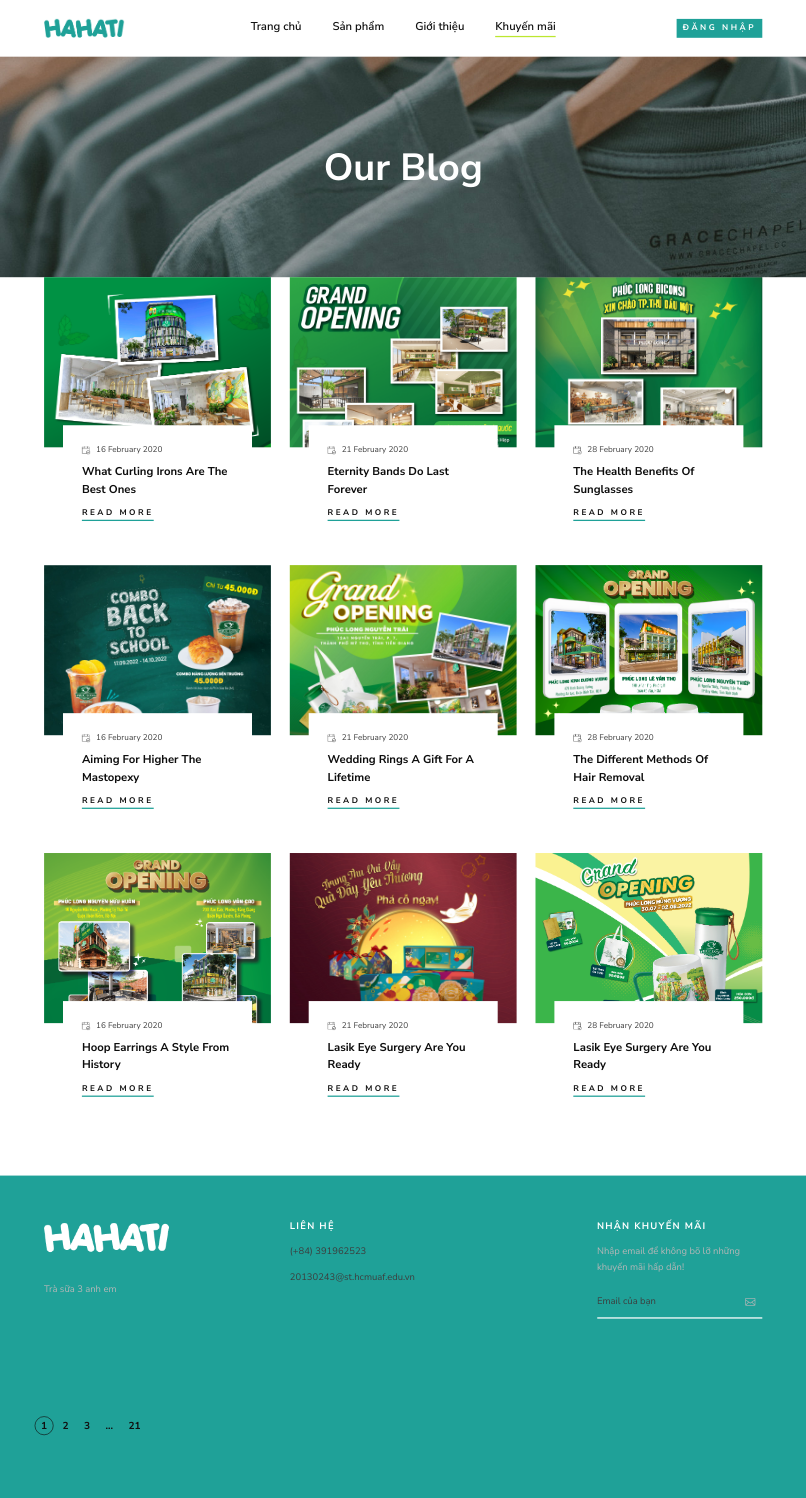
Repository: letrongtinh27/template
Page: blog.html
These files come from the project's save history. The page is drawn as it stood at one moment and after the next save; the edit follows.
The browser window is 1280 px wide. The pictures show the whole page, at 63% of full size.

Above is the page before, as saved 2022-10-25 18:53:41.

### blog.html
<!DOCTYPE html>
<html lang="zxx">
  <head>
    <meta charset="UTF-8" />
    <meta name="description" content="Male_Fashion Template" />
    <meta name="keywords" content="Male_Fashion, unica, creative, html" />
    <meta name="viewport" content="width=device-width, initial-scale=1.0" />
    <meta http-equiv="X-UA-Compatible" content="ie=edge" />
    <title>HAHATI | Tài khoản</title>

    <!-- Google Font -->
    <link
      href="https://fonts.googleapis.com/css2?family=Nunito+Sans:wght@300;400;600;700;800;900&display=swap"
      rel="stylesheet"
    />

    <!-- Css Styles -->
    <link rel="stylesheet" href="css/bootstrap.min.css" type="text/css" />
    <link rel="stylesheet" href="css/font-awesome.min.css" type="text/css" />
    <link
      rel="stylesheet"
      href="https://cdnjs.cloudflare.com/ajax/libs/font-awesome/6.2.0/css/all.min.css"
      integrity="sha512-xh6O/CkQoPOWDdYTDqeRdPCVd1SpvCA9XXcUnZS2FmJNp1coAFzvtCN9BmamE+4aHK8yyUHUSCcJHgXloTyT2A=="
      crossorigin="anonymous"
      referrerpolicy="no-referrer"
    />
    <link rel="stylesheet" href="css/elegant-icons.css" type="text/css" />
    <link rel="stylesheet" href="css/magnific-popup.css" type="text/css" />
    <link rel="stylesheet" href="css/nice-select.css" type="text/css" />
    <link rel="stylesheet" href="css/owl.carousel.min.css" type="text/css" />
    <link rel="stylesheet" href="css/slicknav.min.css" type="text/css" />
    <link rel="stylesheet" href="css/style.css" type="text/css" />
  </head>

  <body>
    <!-- Page Preloder -->
    <div id="preloder">
      <div class="loader"></div>
    </div>

    <!-- Offcanvas Menu Begin -->
    <div class="offcanvas-menu-overlay"></div>
    <div class="offcanvas-menu-wrapper">
      <div class="offcanvas__option">
        <div class="offcanvas__links">
          <a href="#">Sign in</a>
        </div>
      </div>
      <div class="offcanvas__nav__option">
        <a href="#" class="search-switch"
          ><img src="img/icon/search.png" alt=""
        /></a>
        <a href="#"><img src="img/icon/heart.png" alt="" /></a>
        <a href="#"><img src="img/icon/cart.png" alt="" /> <span>0</span></a>
        <div class="price">$0.00</div>
      </div>
      <div id="mobile-menu-wrap"></div>
    </div>
    <!-- Offcanvas Menu End -->

    <!-- Header Section Begin -->
    <header class="header">
      <div class="container">
        <div class="row">
          <div class="col-lg-3 col-md-3">
            <div class="header__logo">
              <a href="./index.html"
                ><img class="logo-small" src="img/logo.png" alt=""
              /></a>
            </div>
          </div>
          <div class="col-lg-6 col-md-6">
            <nav class="header__menu mobile-menu">
              <ul>
                <li><a href="./index.html">Trang chủ</a></li>
                <li class=""><a href="./shop.html">Sản phẩm</a></li>
                <li class=""><a href="#">Giới thiệu</a></li>
                <li class="active"><a href="./blog.html">Khuyến mãi</a></li>
              </ul>
            </nav>
          </div>
          <div class="col-lg-3 col-md-3">
            <div class="header__nav__option">
              <a href="#" class="primary-btn login-btn">Đăng nhập</a>
            </div>
          </div>
        </div>
        <div class="canvas__open"><i class="fa fa-bars"></i></div>
      </div>
    </header>
    <!-- Header Section End -->

    <!-- Breadcrumb Section Begin -->
    <!-- <section class="breadcrumb-option">
      <div class="container">
        <div class="row">
          <div class="col-lg-12">
            <div class="breadcrumb__text">
              <h4>Tài khoản</h4>
              <div class="breadcrumb__links">
                <a href="./index.html">Trang chủ</a>
                <span>Tài khoản</span>
              </div>
            </div>
          </div>
        </div>
      </div>
    </section> -->
    <section class="breadcrumb-blog set-bg" data-setbg="img/breadcrumb-bg.jpg">
      <div class="container">
          <div class="row">
              <div class="col-lg-12">
                  <h2>Our Blog</h2>
              </div>
          </div>
      </div>
  </section>
    <!-- Breadcrumb Section End -->

    <!-- Shopping Cart Section Begin -->
    <section class="blog">
      <div class="container">
        <div class="row">
            <div class="col-lg-4 col-md-6 col-sm-6">
                <div class="blog__item">
                    <div class="blog__item__pic set-bg" data-setbg="img/blog/blog-1.jpg"></div>
                    <div class="blog__item__text">
                        <span><img src="img/icon/calendar.png" alt=""> 16 February 2020</span>
                        <h5>What Curling Irons Are The Best Ones</h5>
                        <a href="#">Read More</a>
                    </div>
                </div>
            </div>
            <div class="col-lg-4 col-md-6 col-sm-6">
                <div class="blog__item">
                    <div class="blog__item__pic set-bg" data-setbg="img/blog/blog-2.jpg"></div>
                    <div class="blog__item__text">
                        <span><img src="img/icon/calendar.png" alt=""> 21 February 2020</span>
                        <h5>Eternity Bands Do Last Forever</h5>
                        <a href="#">Read More</a>
                    </div>
                </div>
            </div>
            <div class="col-lg-4 col-md-6 col-sm-6">
                <div class="blog__item">
                    <div class="blog__item__pic set-bg" data-setbg="img/blog/blog-3.jpg"></div>
                    <div class="blog__item__text">
                        <span><img src="img/icon/calendar.png" alt=""> 28 February 2020</span>
                        <h5>The Health Benefits Of Sunglasses</h5>
                        <a href="#">Read More</a>
                    </div>
                </div>
            </div>
            <div class="col-lg-4 col-md-6 col-sm-6">
                <div class="blog__item">
                    <div class="blog__item__pic set-bg" data-setbg="img/blog/blog-4.jpg"></div>
                    <div class="blog__item__text">
                        <span><img src="img/icon/calendar.png" alt=""> 16 February 2020</span>
                        <h5>Aiming For Higher The Mastopexy</h5>
                        <a href="#">Read More</a>
                    </div>
                </div>
            </div>
            <div class="col-lg-4 col-md-6 col-sm-6">
                <div class="blog__item">
                    <div class="blog__item__pic set-bg" data-setbg="img/blog/blog-5.jpg"></div>
                    <div class="blog__item__text">
                        <span><img src="img/icon/calendar.png" alt=""> 21 February 2020</span>
                        <h5>Wedding Rings A Gift For A Lifetime</h5>
                        <a href="#">Read More</a>
                    </div>
                </div>
            </div>
            <div class="col-lg-4 col-md-6 col-sm-6">
                <div class="blog__item">
                    <div class="blog__item__pic set-bg" data-setbg="img/blog/blog-6.jpg"></div>
                    <div class="blog__item__text">
                        <span><img src="img/icon/calendar.png" alt=""> 28 February 2020</span>
                        <h5>The Different Methods Of Hair Removal</h5>
                        <a href="#">Read More</a>
                    </div>
                </div>
            </div>
            <div class="col-lg-4 col-md-6 col-sm-6">
                <div class="blog__item">
                    <div class="blog__item__pic set-bg" data-setbg="img/blog/blog-7.jpg"></div>
                    <div class="blog__item__text">
                        <span><img src="img/icon/calendar.png" alt=""> 16 February 2020</span>
                        <h5>Hoop Earrings A Style From History</h5>
                        <a href="#">Read More</a>
                    </div>
                </div>
            </div>
            <div class="col-lg-4 col-md-6 col-sm-6">
                <div class="blog__item">
                    <div class="blog__item__pic set-bg" data-setbg="img/blog/blog-8.jpg"></div>
                    <div class="blog__item__text">
                        <span><img src="img/icon/calendar.png" alt=""> 21 February 2020</span>
                        <h5>Lasik Eye Surgery Are You Ready</h5>
                        <a href="#">Read More</a>
                    </div>
                </div>
            </div>
            <div class="col-lg-4 col-md-6 col-sm-6">
                <div class="blog__item">
                    <div class="blog__item__pic set-bg" data-setbg="img/blog/blog-9.jpg"></div>
                    <div class="blog__item__text">
                        <span><img src="img/icon/calendar.png" alt=""> 28 February 2020</span>
                        <h5>Lasik Eye Surgery Are You Ready</h5>
                        <a href="#">Read More</a>
                    </div>
                </div>
            </div>
        </div>
    </div>
    </section>
    <footer class="footer">
      <div class="container">
        <div class="row">
          <div class="col-lg-3 col-md-6 col-sm-6">
            <div class="footer__about">
              <div class="footer__logo">
                <a href="#"><img src="img/footer-logo.png" alt="" /></a>
              </div>
              <p>Trà sữa 3 anh em</p>
            </div>
          </div>
          <div class="col-lg-2 offset-lg-1 col-md-3 col-sm-6">
            <div class="footer__widget">
              <h6>Liên hệ</h6>
              <ul>
                <li>
                  <p>(+84) 391962523</p>
                </li>
                <li>
                  <p>20130243@st.hcmuaf.edu.vn</p>
                </li>
              </ul>
            </div>
          </div>
          <div class="col-lg-2 col-md-3 col-sm-6">
            <div class="footer__widget"></div>
          </div>
          <div class="col-lg-3 offset-lg-1 col-md-6 col-sm-6">
            <div class="footer__widget">
              <h6>Nhận khuyến mãi</h6>
              <div class="footer__newslatter">
                <p>Nhập email để không bõ lỡ những khuyến mãi hấp dẫn!</p>
                <form action="#">
                  <input type="text" placeholder="Email của bạn" />
                  <button type="submit">
                    <span class="icon_mail_alt"></span>
                  </button>
                </form>
              </div>
            </div>
          </div>
          <div class="row spad">
            <div class="col-lg-12">
                <div class="product__pagination">
                    <a class="active" href="#">1</a>
                    <a href="#">2</a>
                    <a href="#">3</a>
                    <span>...</span>
                    <a href="#">21</a>
                </div>
            </div>
        </div>
        </div>
      </div>
    </footer>
    <!-- Footer Section End -->

    <!-- Search Begin -->
    <div class="search-model">
      <div class="h-100 d-flex align-items-center justify-content-center">
        <div class="search-close-switch">+</div>
        <form class="search-model-form">
          <input type="text" id="search-input" placeholder="Search here....." />
        </form>
      </div>
    </div>
    <!-- Search End -->

    <!-- Js Plugins -->
    <script src="js/jquery-3.3.1.min.js"></script>
    <script src="js/jquery.nice-select.min.js"></script>
    <script src="js/jquery.nicescroll.min.js"></script>
    <script src="js/jquery.magnific-popup.min.js"></script>
    <script src="js/jquery.countdown.min.js"></script>
    <script src="js/jquery.slicknav.js"></script>
    <script src="js/mixitup.min.js"></script>
    <script src="js/owl.carousel.min.js"></script>
    <script src="js/main.js"></script>
    <script src="js/account/bootstrap.min.js"></script>
    <script src="assets/js/vendor/jquery-3.5.1.min.js"></script>

  </body>
</html>

Loaded but not shown: css/bootstrap.min.css (library); css/font-awesome.min.css (library); css/magnific-popup.css (library); css/nice-select.css (common file); css/owl.carousel.min.css (library); css/slicknav.min.css (common file); js/jquery-3.3.1.min.js (library); js/jquery.nice-select.min.js (common file); js/jquery.nicescroll.min.js (library); js/jquery.magnific-popup.min.js (library); js/jquery.countdown.min.js (library); js/jquery.slicknav.js (library); js/mixitup.min.js (library); js/owl.carousel.min.js (library); js/account/bootstrap.min.js (library); assets/js/vendor/jquery-3.5.1.min.js (library); js/main.js (216 lines, source omitted); css/style.css (3856 lines, source omitted); css/elegant-icons.css (1157 lines, source omitted)

After the next save:
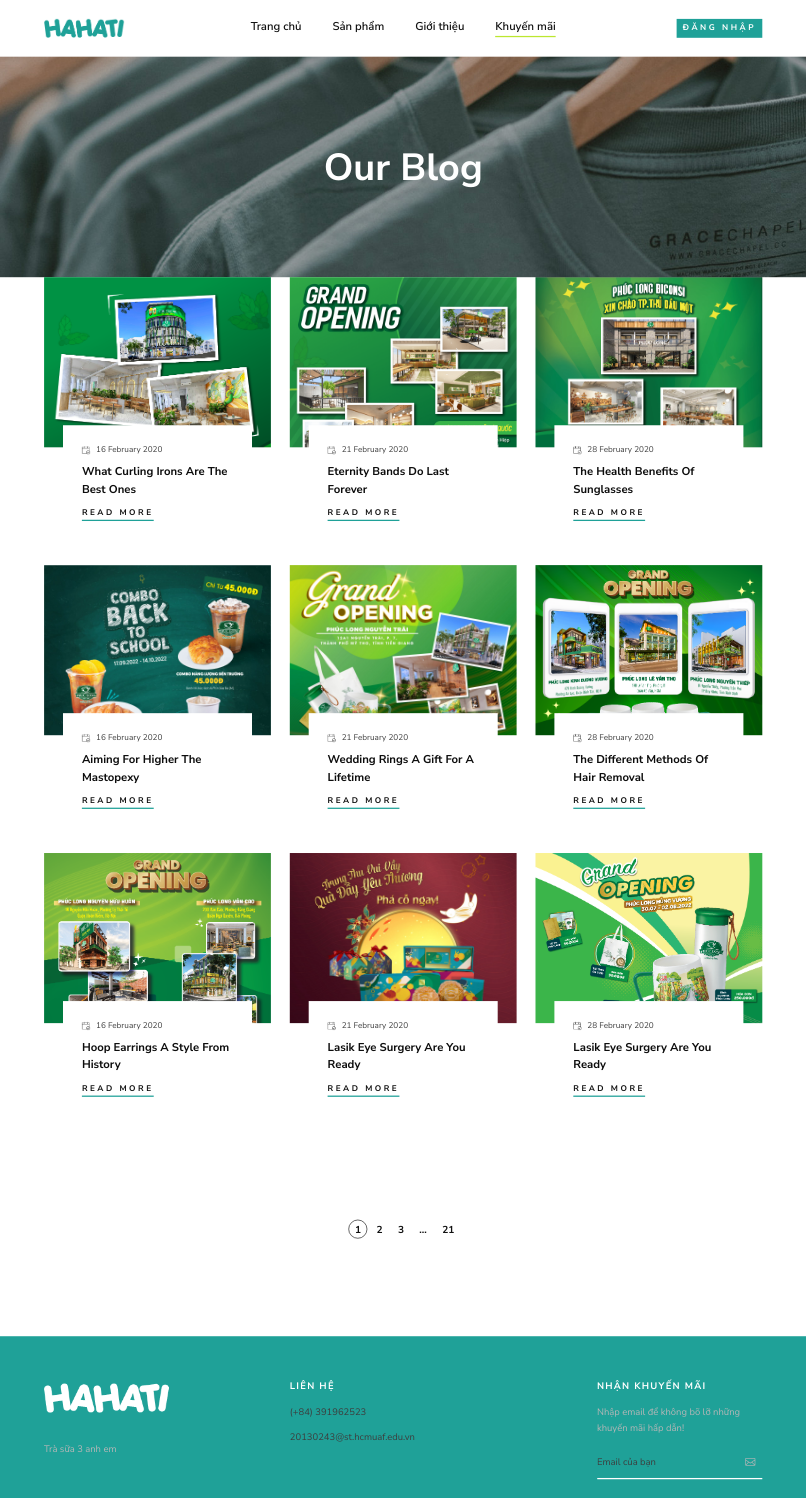
Saved 42 s later.
--- a/blog.html
+++ b/blog.html
@@ -212,6 +212,17 @@
                 </div>
             </div>
         </div>
+        <div class="row spad">
+          <div class="col-lg-12">
+              <div class="product__pagination">
+                  <a class="active" href="#">1</a>
+                  <a href="#">2</a>
+                  <a href="#">3</a>
+                  <span>...</span>
+                  <a href="#">21</a>
+              </div>
+          </div>
+      </div>
     </div>
     </section>
     <footer class="footer">
@@ -255,17 +266,7 @@
               </div>
             </div>
           </div>
-          <div class="row spad">
-            <div class="col-lg-12">
-                <div class="product__pagination">
-                    <a class="active" href="#">1</a>
-                    <a href="#">2</a>
-                    <a href="#">3</a>
-                    <span>...</span>
-                    <a href="#">21</a>
-                </div>
-            </div>
-        </div>
+
         </div>
       </div>
     </footer>
